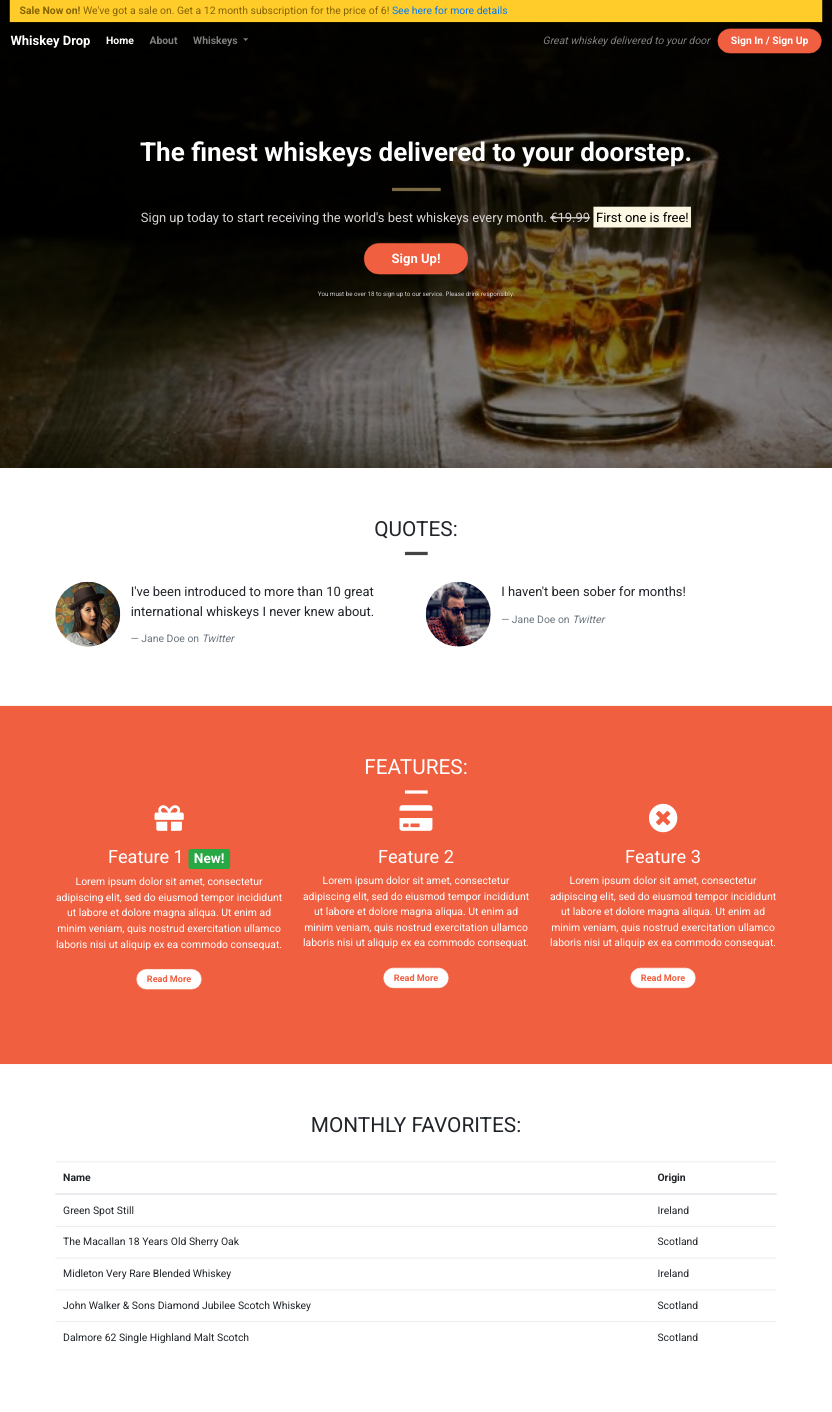
Repository: grisselfaura/BootstrappingYourNextBigIdea-BS4
Page: index.html
The author's editor kept a record of every edit. The page is drawn from the files as they stood at one moment, then again after the next edit.
The browser window is 1280 px wide. The pictures show the whole page, at 65% of full size.
Backgrounds fixed to the window are drawn as part of the page. Some web libraries are served in a nearby version.

Above is the page before.

### index.html
<!DOCTYPE html>
<html lang="en-us">

<head>
    <meta charset="utf-8">
    <meta name="viewport" content="width=device-width, initial-scale=1.0">
    <title>Whiskey Drop | Taste a new whiskey every month</title>
    <link rel="stylesheet" href="https://maxcdn.bootstrapcdn.com/bootstrap/4.1.3/css/bootstrap.min.css">
    <link rel="stylesheet" href="https://use.fontawesome.com/releases/v5.6.1/css/all.css" integrity="sha384-gfdkjb5BdAXd+lj+gudLWI+BXq4IuLW5IT+brZEZsLFm++aCMlF1V92rMkPaX4PP" crossorigin="anonymous">
    <link href="https://fonts.googleapis.com/css?family=Roboto:400,700&display=swap" rel="stylesheet">
    <link rel="stylesheet" href="css/style.css" type="text/css" />
</head>

<body>
    <div class="container-fluid navalert-container">
        <div class="container-fluid alert-container">
            <div class="row d-none d-sm-block">
                <div class="col-12">
                    <div class="site-wide-alert alert-warning">
                        <strong>Sale Now on!</strong> We've got a sale on. Get a 12 month subscription for the price of 6! <a href="">See here for more details</a>
                    </div>
                </div>
            </div>
        </div>
        <nav class="navbar navbar-dark navbar-expand-sm">
            <a href="/" class="navbar-brand">Whiskey Drop</a>

            <button class="navbar-toggler ml-auto" type="button" data-toggle="collapse" data-target="#navbarNavDropdown" aria-controls="navbarNavDropdown" aria-expanded="false" aria-label="Toggle navigation">
            <span class="navbar-toggler-icon"></span></button>

            <div class="collapse navbar-collapse" id="navbarNavDropdown">
                <ul class="navbar-nav mr-auto">
                    <li class="active nav-item mr-2"><a class="nav-link" href="/">Home</a></li>
                    <li class="nav-item mr-2"><a class="nav-link" href="">About</a></li>
                    <li class="nav-item dropdown">
                        <a class="nav-link dropdown-toggle" href="#" id="navbarDropdownMenuLink" role="button" data-toggle="dropdown" aria-haspopup="true" aria-expanded="false">
                  Whiskeys
            </a>
                        <div class="dropdown-menu" aria-labelledby="navbarDropdownMenuLink">
                            <a class="dropdown-item" href="#">Irish</a>
                            <a class="dropdown-item" href="#">Scotch</a>
                            <a class="dropdown-item" href="#">Japanese</a>
                            <a class="dropdown-item" href="#">American</a>
                        </div>
                    </li>

                    <li class="nav-item mr-2 d-block d-sm-none"><a class="nav-link" href="">Sign In / Sign Up</a></li>
                </ul>
            </div>
            <div class="d-none d-md-block">
                <p class="navbar-text my-auto mr-2"><i>Great whiskey delivered to your door</i></p>
                <a href="/login" class="btn btn--cta btn--red">Sign In / Sign Up</a>
            </div>
            <!--</div>-->
        </nav>
    </div>
    <!-- Callout -->
    <div class="container-fluid callout-container">
        <div class="opaque-overlay">&nbsp;</div>
        <div class="row">
            <div class="col-12">
                <section class="callout jumbotron text-center">
                    <h1 class="jumbotron-header">The finest whiskeys delivered to your doorstep.</h1>
                    <hr class="block-divider block-divider--orange">

                    <p class="lead">Sign up today to start receiving the world's best whiskeys every month.
                        <s class="d-none d-sm-inline">€19.99</s>
                        <span class="d-inline d-sm-none"><br></span>
                        <strong><mark>First one is free!</mark></strong></p>
                    <p><button class="btn btn-lg btn--cta btn--red" data-toggle="modal" data-target="#signUpModal">Sign Up!</button></p>
                    <p class="text-muted"><small>You must be over 18 to sign up to our service. Please drink responsibly.</small></p>
                </section>
            </div>
        </div>
    </div>
    <!-- /.callout -->

    <!-- Quotes -->
    <div class="container-wrapper">
        <div class="container quotes-container content-container">
            <section class="quotes">
                <div class="row">
                    <div class="col-12 page-header">
                        <h2 class="text-uppercase">Quotes:</h2>
                        <hr class="block-divider block-divider--short">
                    </div>
                </div>
                <div class="row">
                    <div class="col-12 col-md-6">
                        <div class="media">
                            <div class="d-none d-sm-block">
                                <img src="images/girl-image.png" class="rounded-circle mr-3" height=100 width=100>
                            </div>
                            <div class="media-body">
                                <blockquote class="blockquote">
                                    <p>I've been introduced to more than 10 great international whiskeys I never knew about.</p>
                                    <footer class="blockquote-footer">Jane Doe on <cite title="Twitter">Twitter</cite></footer>
                                </blockquote>
                            </div>
                        </div>
                    </div>
                    <div class="col-12 col-md-6">
                        <div class="media">
                            <div class="d-none d-sm-block">
                                <img src="images/guy-image.png" class="rounded-circle mr-3" height=100 width=100>
                            </div>
                            <div class="media-body">
                                <blockquote class="blockquote">
                                    <p>I haven't been sober for months!</p>
                                    <footer class="blockquote-footer">Jane Doe on <cite title="Twitter">Twitter</cite></footer>
                                </blockquote>
                            </div>
                        </div>
                    </div>
                </div>
            </section>
            <!-- /.quotes -->
        </div>
    </div>
    <!-- Features -->
    <div class="container-wrapper container-wrapper--red">
        <div class="container features-container content-container">
            <section class="features">
                <div class="row">
                    <div class="col-12 page-header">
                        <h2 class="text-uppercase">Features:</h2>
                        <hr class="block-divider block-divider--short block-divider--white">
                    </div>
                </div>
                <div class="row">
                    <div class="col-12 col-md-6 col-lg-4">
                        <div class="feature">
                            <h3><i class="fas fa-gift d-none d-sm-block"></i> Feature 1 <span class="badge badge-success">New!</span></h3>
                            <p>Lorem ipsum dolor sit amet, consectetur adipiscing elit, sed do eiusmod tempor incididunt ut labore et dolore magna aliqua. Ut enim ad minim veniam, quis nostrud exercitation ullamco laboris nisi ut aliquip ex ea commodo consequat.</p>
                            <p><a class="btn btn-sm btn-light" href="">Read More</a></p>
                        </div>
                    </div>
                    <div class="col-12 col-md-6 col-lg-4">
                        <div class="feature">
                            <h3><i class="fas fa-credit-card d-none d-sm-block"></i> Feature 2</h3>
                            <p>Lorem ipsum dolor sit amet, consectetur adipiscing elit, sed do eiusmod tempor incididunt ut labore et dolore magna aliqua. Ut enim ad minim veniam, quis nostrud exercitation ullamco laboris nisi ut aliquip ex ea commodo consequat.</p>
                            <p><a class="btn btn-sm btn-light" href="">Read More</a></p>
                        </div>
                    </div>
                    <div class="col-12 d-md-none d-lg-block col-lg-4">
                        <div class="feature">
                            <h3><i class="fas fa-times-circle d-none d-sm-block"></i> Feature 3</h3>
                            <p>Lorem ipsum dolor sit amet, consectetur adipiscing elit, sed do eiusmod tempor incididunt ut labore et dolore magna aliqua. Ut enim ad minim veniam, quis nostrud exercitation ullamco laboris nisi ut aliquip ex ea commodo consequat.</p>
                            <p><a class="btn btn-sm btn-light" href="">Read More</a></p>
                        </div>
                    </div>
                </div>
            </section>
            <!-- /.features -->
        </div>
    </div>

 <!-- Monthly favorites -->
    <div class="container-wrapper">
        <div class="container quotes-container content-container">
            <section class="Monthly favorites">
                <div class="row">
                    <div class="col-12 page-header">
                        <h2 class="text-uppercase">Monthly favorites:</h2>
                        <hr class="block-divider block-divider--short block-divider--white">
                    </div>
                </div>
                <table class="table">
                    <thead>
                        <tr>
                            <th scope="col">Name</th>
                            <th scope="col">Origin</th>
                        </tr>
                    </thead>
                    <tbody>
                        <tr>
                            <td>Green Spot Still</td>
                            <td>Ireland</td>
                        </tr>
                        <tr>
                            <td>The Macallan 18 Years Old Sherry Oak</td>
                            <td>Scotland</td>
                        </tr>
                        <tr>
                            <td>Midleton Very Rare Blended Whiskey</td>
                            <td>Ireland</td>
                        </tr>
                        <tr>
                            <td>John Walker & Sons Diamond Jubilee Scotch Whiskey</td>
                            <td>Scotland</td>
                        </tr>
                        <tr>
                            <td>Dalmore 62 Single Highland Malt Scotch</td>
                            <td>Scotland</td>
                        </tr>
                    </tbody>
                </table>
            </section>
        </div>
    </div>

    <div class="modal" tabindex="-1" role="dialog" id="signUpModal">
        <div class="modal-dialog" role="document">
            <div class="modal-content">
                <div class="modal-header">
                    <h5 class="modal-title">Sign Up To Whiskey Drop!</h5>
                    <button type="button" class="close" data-dismiss="modal" aria-label="Close">
          <span aria-hidden="true">&times;</span>
        </button>
                </div>
                <div class="modal-body">
                    <form>
                        <div class="form-group">
                            <label for="exampleInputEmail1">Email address</label>
                            <input type="email" class="form-control" id="exampleInputEmail1" aria-describedby="emailHelp" placeholder="Enter email">
                            <small id="emailHelp" class="form-text text-muted">We'll never share your email with anyone else.</small>
                        </div>
                        <div class="form-group">
                            <label for="password">Password</label>
                            <input type="password" class="form-control" id="password" placeholder="Password">
                        </div>
                        <div class="form-group">
                            <label for="repeatPassword">Repeat Password</label>
                            <input type="password" class="form-control" id="repeatPassword" placeholder="Repeat Password">
                        </div>
                        <button type="submit" class="btn btn-success">Submit</button>
                    </form>
                </div>
            </div>
        </div>
    </div>

    <script src="https://code.jquery.com/jquery-3.3.1.slim.min.js" integrity="sha384-q8i/X+965DzO0rT7abK41JStQIAqVgRVzpbzo5smXKp4YfRvH+8abtTE1Pi6jizo" crossorigin="anonymous"></script>
    <script src="https://cdnjs.cloudflare.com/ajax/libs/popper.js/1.14.3/umd/popper.min.js" integrity="sha384-ZMP7rVo3mIykV+2+9J3UJ46jBk0WLaUAdn689aCwoqbBJiSnjAK/l8WvCWPIPm49" crossorigin="anonymous"></script>
    <script src="https://stackpath.bootstrapcdn.com/bootstrap/4.1.3/js/bootstrap.min.js" integrity="sha384-ChfqqxuZUCnJSK3+MXmPNIyE6ZbWh2IMqE241rYiqJxyMiZ6OW/JmZQ5stwEULTy" crossorigin="anonymous"></script>
</body>

</html>

### css/style.css
body {
    font-family: 'Roboto', sans-serif;
}

.container-wrapper {}

.container-wrapper--red {
    background-color: #f05f40;
    color: white;
}

.alert-container .col-12{
    padding-left: 0
    padding-right:0;
}

.site-wide-alert {
    border-radius: 0;
    margin-bottom: 0;
    padding: 5px 15px;
    background-color: #ffcc29;
    border-color: #ffcc29;
}

.callout-container {
    height:100vh;
    background: url("../images/Whiskey-background.jpg") no-repeat bottom right fixed;
      -webkit-background-size: cover;
      -moz-background-size: cover;
      -o-background-size: cover;
      background-size: cover;
      display: flex;
      align-items: center;
      justify-content: center;
      position: relative;
}

.opaque-overlay {
    position: absolute;
    top: 0;
    left: 0;
    height: 100%;
    width: 100%;
    background-color: rgba(0,0,0,0.5);
}
.quotes-container {}

.features-container {}

.favorite-container {}

/*Page headers*/

.page-header {
    margin-bottom: 0;
    border-bottom-color: 0;
    text-align: center;
}

.page-header h2 {
    margin-top: 0;
}

.quotes .page-header {
    margin-bottom: 25px;
}

/*Block-dividers*/

.block-divider {
    width: 75px;
    height: 5px;
    border: 0;
    background-color: #444;
}

.block-divider--orange {
    background-color: #7c6945;
}

.block-divider--white {
    background-color: white
}

.block-divider--short {
    width: 35px;
}

/*Content containers*/

.content-container {
    padding-top: 75px;
    padding-bottom: 75px;
}

/*Navbar*/

.navalert-container {
    position: absolute;
    top: 0;
    left: 0;
    padding-left: 0;
    padding-right: 0;
    z-index: 1;
}

.navbar {
    margin-bottom: 0;
    border: 0;
    width: 100%;
    background-color: rgba(0,0,0,0.25);
}

.navbar .navbar-toggler {
    border:0;
}

.navbar-brand {
    font-weight: bold;
}

.navbar .navbar-nav a {
    font-weight: bold;
}

/*Jumbotron*/

.jumbotron {
    background-color: transparent;
}

.jumbotron-header {
    color: white;
    font-weight: bold;
    margin-bottom: 30px;
}

.jumbotron .lead {
    margin: 25px;
    color: #d7d3d3;
}

.jumbotron small {
    font-size: 60%;
    font-size: italic;
    color: #d0d0d0;
}

/*Buttons*/
.btn--cta {
    font-weight: bold;
    border-radius: 23px;
    width: 160px;
}

.btn--red {
    color: white;
    background-color: #f05f40;
    border-color:#f05f40;
}

.btn-red:hover,
.btn--red:active,
.btn--red:focus,
.btn--red:active:hover {
    background-color: #c38f84;
    border-color: #c38f84;
}

.feature {
    text-align: center;
    margin-bottom : 40px;
}

.feature i {
    text-align: center;
    margin-bottom : 20px;
    font-size: 45px;
    line-height: 45px
}

.feature .btn {
    background-color: white;
    border-color: white;
    border-radius: 15px;
    min-width: 100px;
    font-weight: bold;
    margin-top: 10px;
    color: #f05f40;
}

After the next edit:
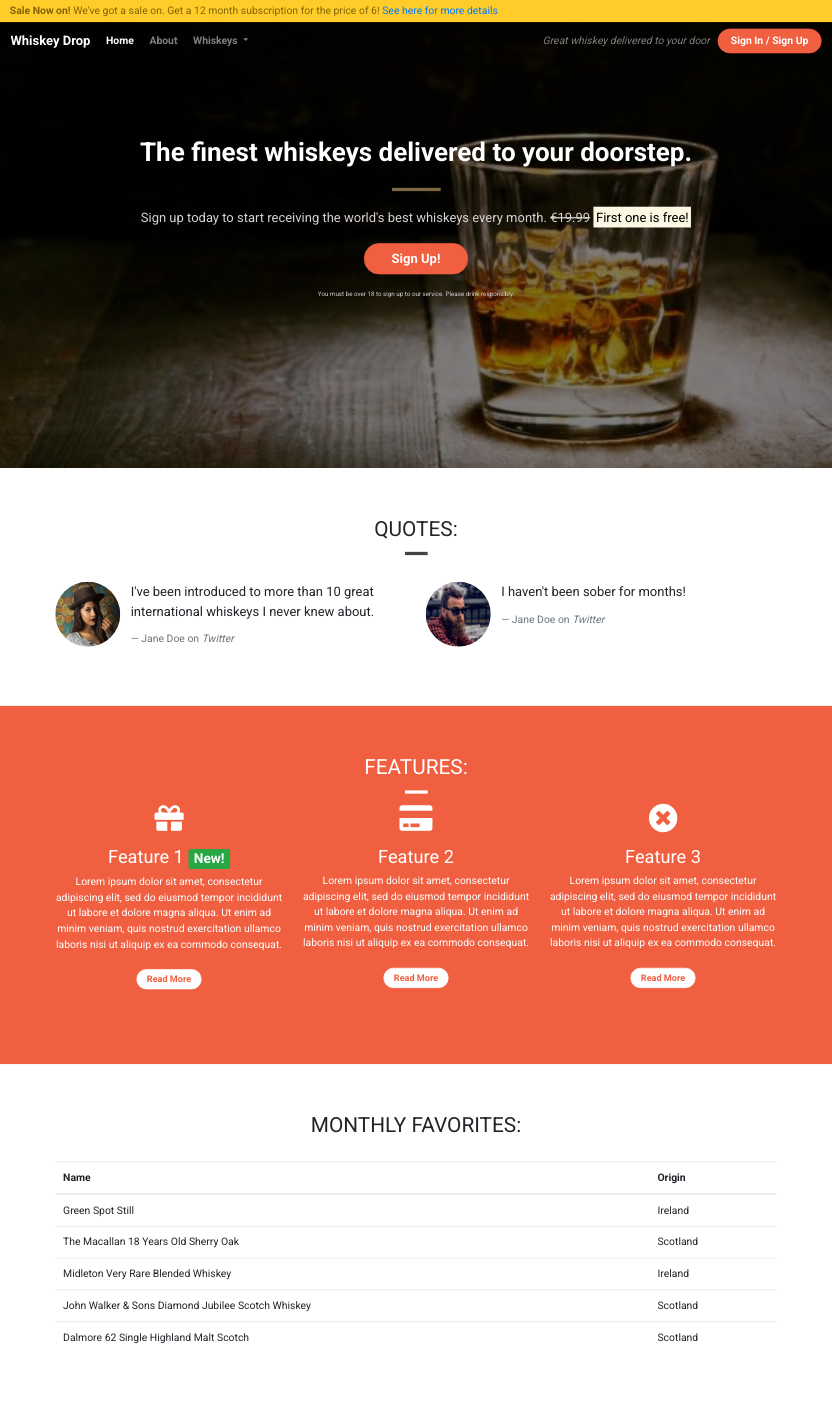
The edit:
--- a/css/style.css
+++ b/css/style.css
@@ -10,7 +10,7 @@
 }
 
 .alert-container .col-12{
-    padding-left: 0
+    padding-left: 0;
     padding-right:0;
 }
 
